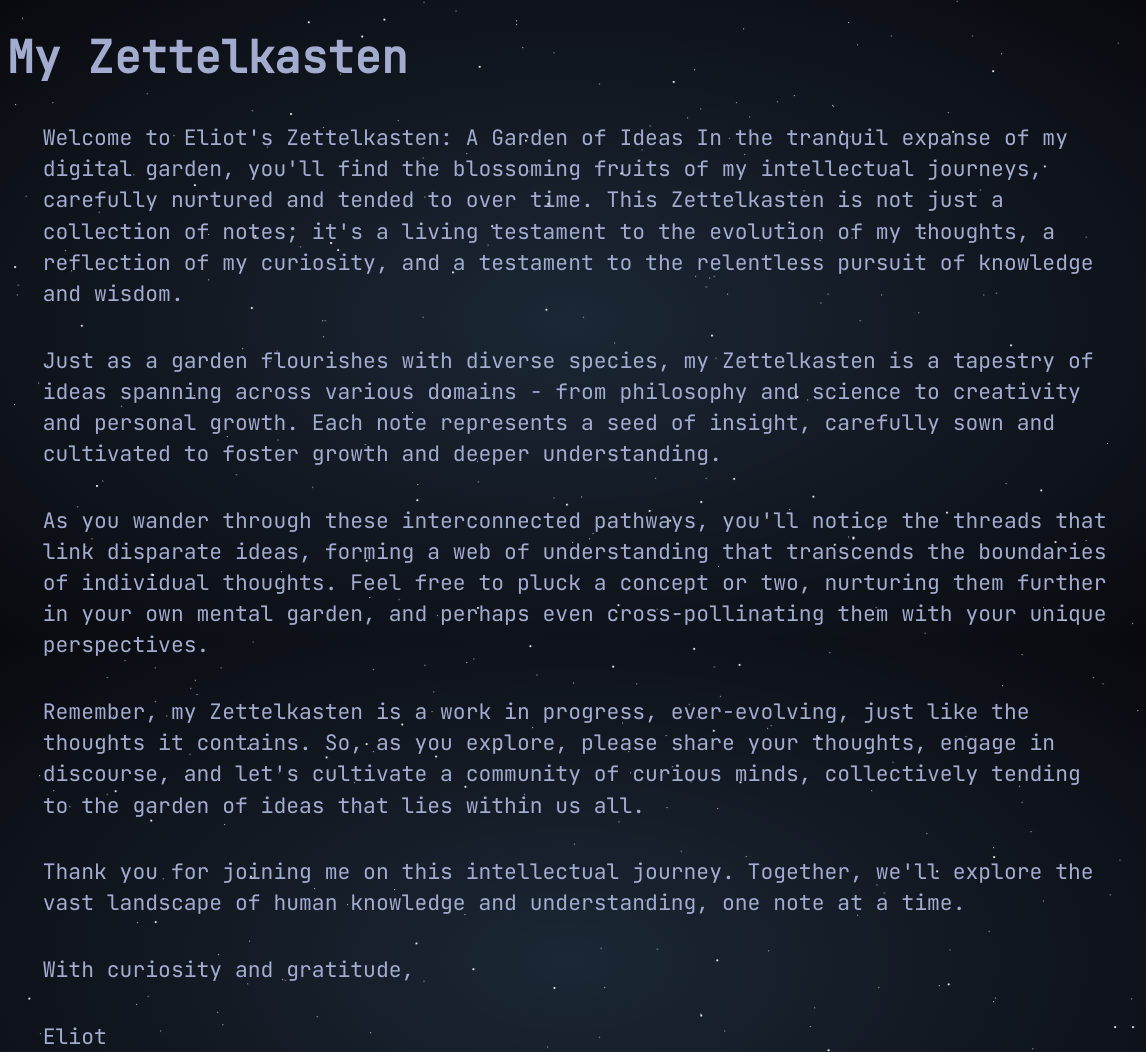
Repository: EliotKhachi/publicZk
Page: zettelkasten.html
These files come from the project's save history. The page is drawn as it stood at one moment and after the next save; the edit follows.
The browser window is 1280 px wide. The page is 1288 px wide, so the pictures cover 1288 px, including what lies to the right of the window. The pictures show the whole page, at 89% of full size.

Above is the page before, as saved 2023-10-01 17:34:36.

After the next save:
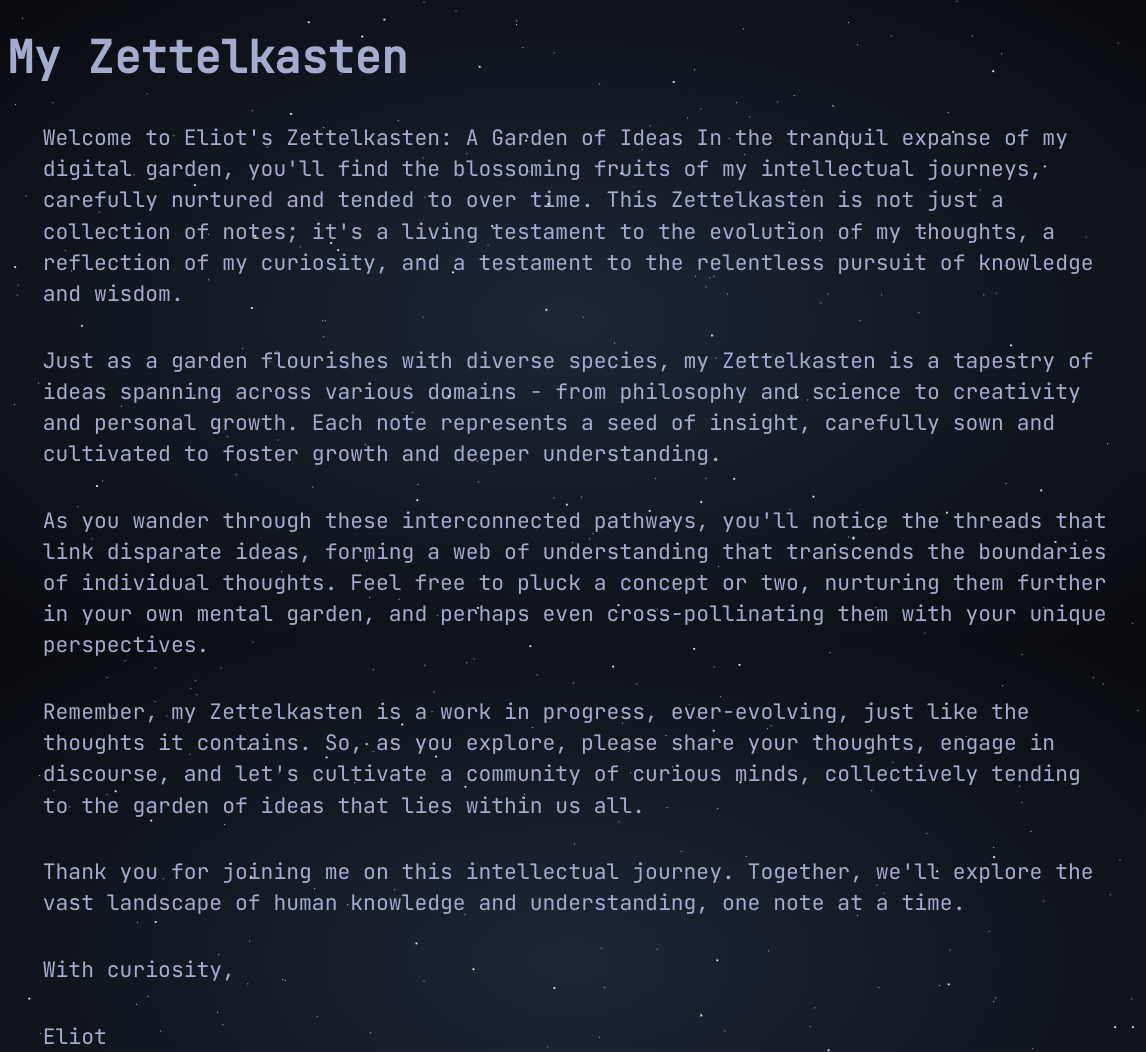
Saved 33 s later.
--- a/zettelkasten.html
+++ b/zettelkasten.html
@@ -35,11 +35,11 @@ In the tranquil expanse of my digital garden, you'll find the blossoming fruits
 
 <p>Thank you for joining me on this intellectual journey. Together, we'll explore the vast landscape of human knowledge and understanding, one note at a time.</p>
 
-<p>With curiosity and gratitude,</p>
+<p>With curiosity,</p>
 
 <p>Eliot</p>
       </div>
     </div>
-    <script src="js/script.js"></script>
+    <script src="script.js"></script>
   </body>
 </html>
